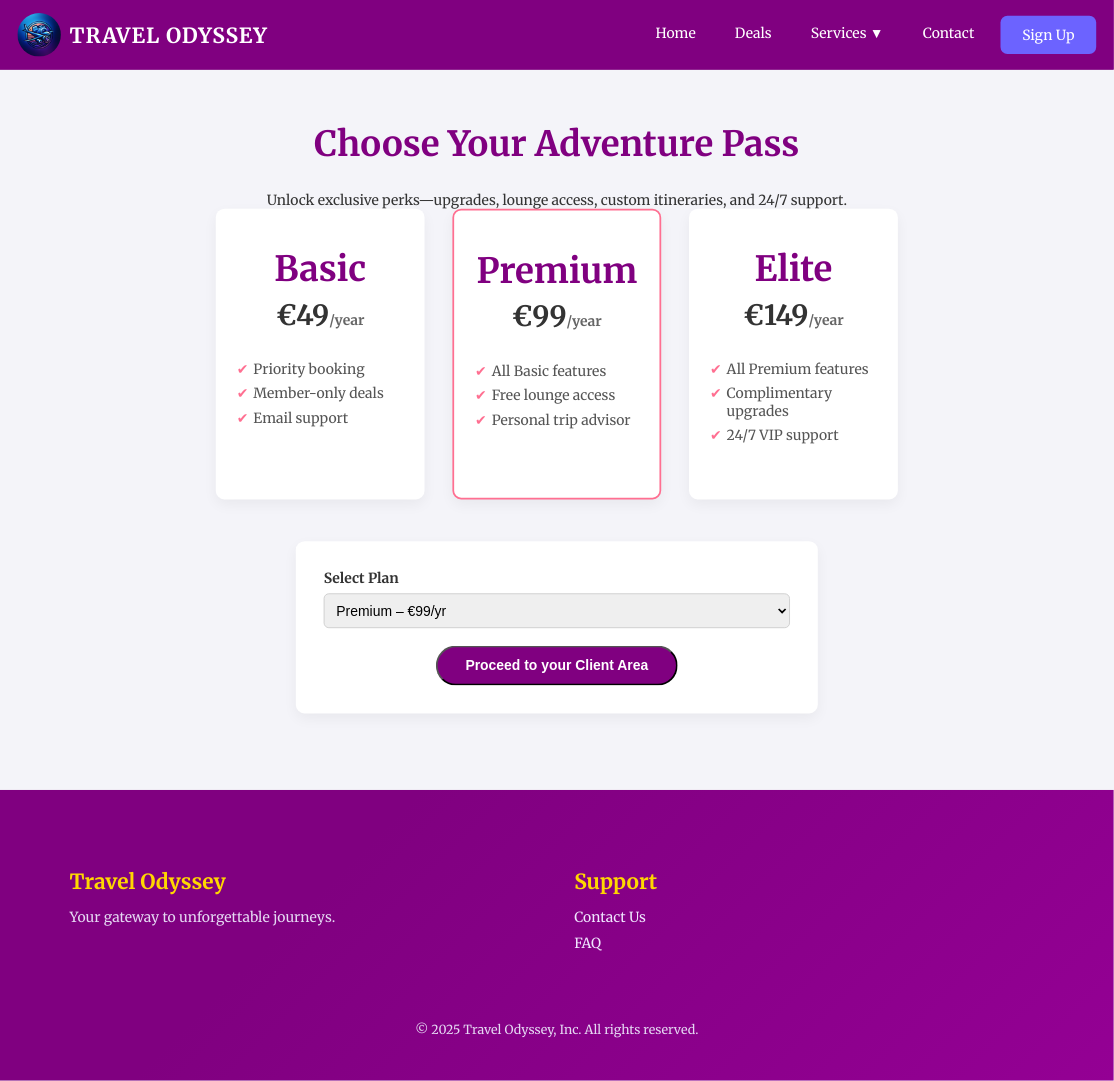
Repository: GHzPhoenix/Project-Odyssey
Page: Frontend/membership.html
The author's editor kept a copy of each file at every save. The page is drawn from the files as they stood at one save, then again after the next save.
The browser window is 1280 px wide. The pictures show the whole page, at 87% of full size.

Above is the page before, as saved 2025-06-11 15:00:46.

After the next save:
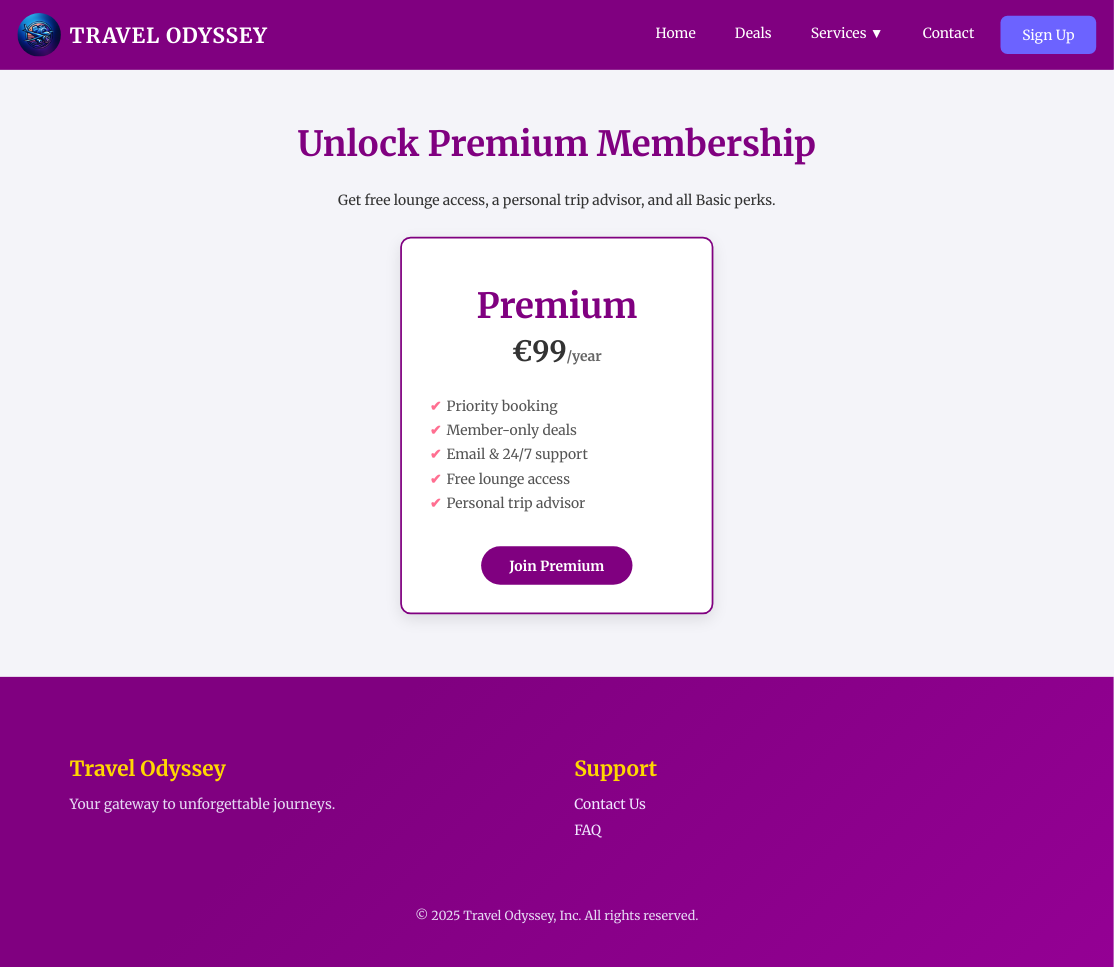
Saved 3 min 32 s later.
--- a/Frontend/membership.html
+++ b/Frontend/membership.html
@@ -10,6 +10,64 @@
       href="https://fonts.googleapis.com/css2?family=Merriweather:wght@300;400;700&display=swap"
       rel="stylesheet"
     />
+    <style>
+      .plans {
+        display: flex;
+        justify-content: center;
+        margin: 2rem 0;
+      }
+      .plan-card {
+        background: #fff;
+        border-radius: 12px;
+        box-shadow: 0 6px 18px rgba(0, 0, 0, 0.1);
+        padding: 2rem;
+        max-width: 360px;
+        text-align: center;
+      }
+      .plan-card.featured {
+        border: 2px solid purple;
+      }
+      .plan-card h2 {
+        margin-bottom: 0.5rem;
+        color: purple;
+      }
+      .plan-card .price {
+        font-size: 2rem;
+        margin-bottom: 1rem;
+      }
+      .plan-card ul {
+        list-style: none;
+        padding: 0;
+        margin: 1rem 0;
+        text-align: left;
+      }
+      .plan-card li {
+        margin-bottom: 0.5rem;
+        position: relative;
+        padding-left: 1.2rem;
+      }
+      .plan-card li::before {
+        content: "✔";
+        position: absolute;
+        left: 0;
+        color: purple;
+        font-weight: bold;
+      }
+      .join-btn {
+        display: inline-block;
+        background: purple;
+        color: #fff;
+        padding: 0.75rem 2rem;
+        border-radius: 25px;
+        text-decoration: none;
+        font-weight: 700;
+        margin-top: 1rem;
+        transition: background 0.3s ease;
+      }
+      .join-btn:hover {
+        background: #5e0c5e;
+      }
+    </style>
   </head>
   <body>
     <header>
@@ -41,55 +99,25 @@
     </header>
 
     <main class="membership-page">
-      <h1>Choose Your Adventure Pass</h1>
+      <h1>Unlock Premium Membership</h1>
       <p class="intro">
-        Unlock exclusive perks—upgrades, lounge access, custom itineraries, and
-        24/7 support.
+        Get free lounge access, a personal trip advisor, and all Basic perks.
       </p>
 
       <div class="plans">
-        <div class="plan-card">
-          <h2>Basic</h2>
-          <div class="price">€49<small>/year</small></div>
-          <ul>
-            <li>Priority booking</li>
-            <li>Member-only deals</li>
-            <li>Email support</li>
-          </ul>
-        </div>
         <div class="plan-card featured">
           <h2>Premium</h2>
           <div class="price">€99<small>/year</small></div>
           <ul>
-            <li>All Basic features</li>
+            <li>Priority booking</li>
+            <li>Member-only deals</li>
+            <li>Email & 24/7 support</li>
             <li>Free lounge access</li>
             <li>Personal trip advisor</li>
           </ul>
-        </div>
-        <div class="plan-card">
-          <h2>Elite</h2>
-          <div class="price">€149<small>/year</small></div>
-          <ul>
-            <li>All Premium features</li>
-            <li>Complimentary upgrades</li>
-            <li>24/7 VIP support</li>
-          </ul>
+          <a href="client-area.html" class="join-btn">Join Premium</a>
         </div>
       </div>
-
-      <form id="membership-form">
-        <div class="form-row">
-          <label for="plan-select">Select Plan</label>
-          <select id="plan-select" required>
-            <option value="Basic" data-price="49">Basic – €49/yr</option>
-            <option value="Premium" data-price="99" selected>
-              Premium – €99/yr
-            </option>
-            <option value="Elite" data-price="149">Elite – €149/yr</option>
-          </select>
-        </div>
-        <button type="submit" class="join-btn"><a href="client-area.html" style="text-decoration: none; color: white;"> Proceed to your Client Area</button></a>
-      </form>
     </main>
 
     <footer class="footer">
@@ -116,7 +144,5 @@
         document.querySelector(".nav-menu").classList.toggle("active");
       }
     </script>
-
-    </script>
   </body>
 </html>
